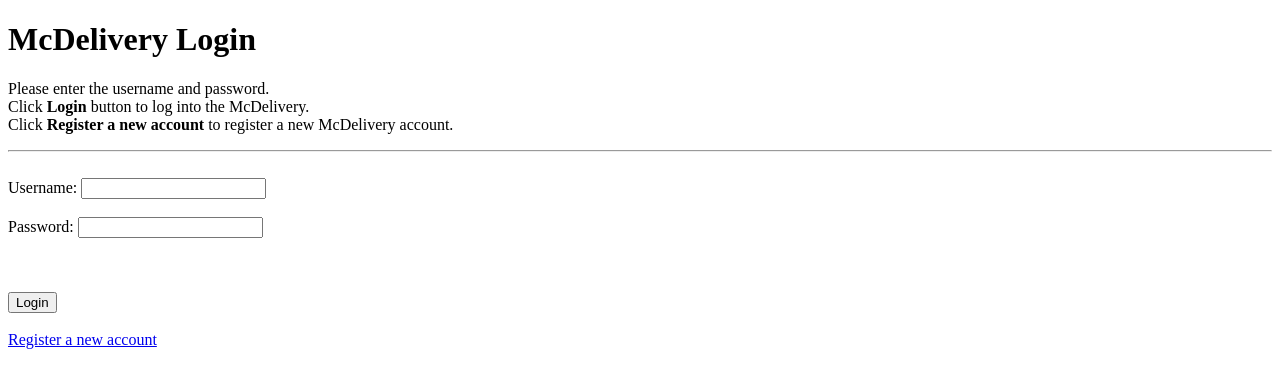
Repository: Jeck97/Mcdonald-Delivery-System
Page: http://localhost/McDelivery/login/loginForm.jsp
These files come from the project's save history. The page is drawn as it stood at one moment and after the next save; the edit follows.
The browser window is 1280 px wide. The pictures show the whole page.
The page is served by Tomcat 9. Other server files are loaded and not shown.

Above is the page before, as saved 2020-07-10 14:43:18.

### McDelivery/WebContent/login/loginForm.jsp
<%@ page language="java" contentType="text/html; charset=ISO-8859-1"
    pageEncoding="ISO-8859-1"%>
<%@taglib uri="http://java.sun.com/jsp/jstl/core" prefix="c" %>
<!DOCTYPE html>
<html>
<head>
<meta charset="ISO-8859-1">
<title>Login Page</title>
</head>
<body>

	<h1>McDelivery Login</h1>

	<p>
		Please enter the username and password.<br>
		Click <b>Login</b> button to log into the McDelivery.<br>
		Click <b>Register a new account</b> to register a new McDelivery account.
	</P>

	<hr>

	<form action="loginServlet" method="post">

		<div style="color: #FF0000;">${errorMessage}</div><br>

		<label>Username:</label>
		<input type="text" name="username" value="${username}" required autocomplete="name"><br><br>

		<label>Password:</label>
		<input type="password" name="password" required autocomplete="password"><br><br><br><br>

		<input type="submit" value="Login">

	</form>

	<br>

	<a href="../register/registerForm.jsp">Register a new account</a>

	<c:remove var="errorMessage" scope="session" />
	<c:remove var="username" scope="session" />

</body>
</html>

After the next save:
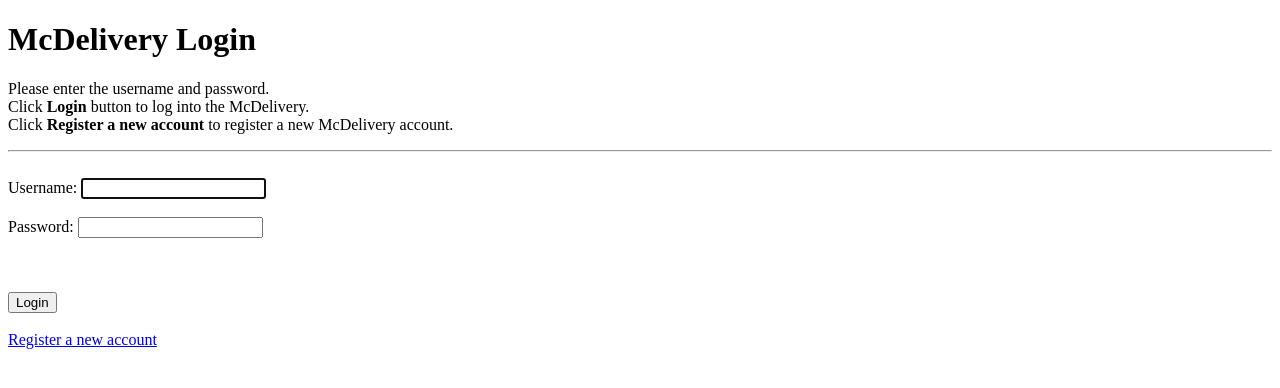
Saved 103 s later.
--- a/McDelivery/WebContent/login/loginForm.jsp
+++ b/McDelivery/WebContent/login/loginForm.jsp
@@ -24,10 +24,10 @@
 		<div style="color: #FF0000;">${errorMessage}</div><br>
 
 		<label>Username:</label>
-		<input type="text" name="username" value="${username}" required autocomplete="name"><br><br>
+		<input type="text" name="username" value="${username}" required autofocus="autofocus"><br><br>
 
 		<label>Password:</label>
-		<input type="password" name="password" required autocomplete="password"><br><br><br><br>
+		<input type="password" name="password" required autofocus="autofocus"><br><br><br><br>
 
 		<input type="submit" value="Login">
 
